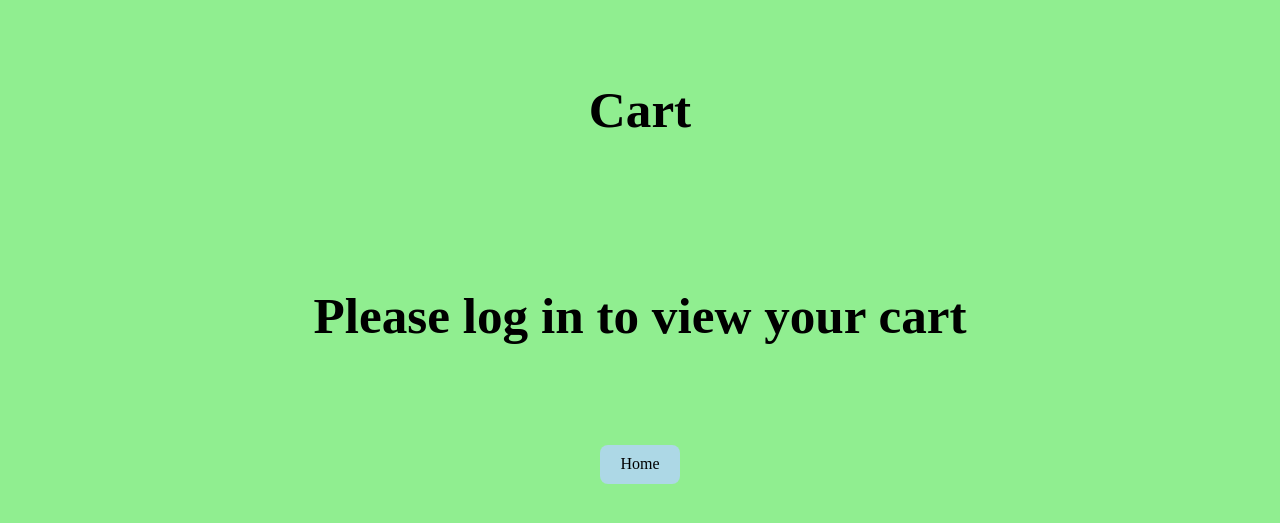
Repository: Andres513/CapStone
Page: /cart
An editor plug-in stored every save of this project. The page is shown before and after the next save, followed by the edit.
The browser window is 1280 px wide. The pictures show the whole page.
The project was rebuilt for these pictures with package versions that can differ from the ones it lists, and the page was loaded fresh each time. Also part of the build but not shown: vite.config.js, src/components/Login.jsx, src/components/Categories.jsx, src/components/FetchProducts.jsx, src/components/SingleProduct.jsx, src/components/ProductsByCategory.jsx, src/components/LoggedOut.jsx, src/components/Checkout.jsx.

Above is the page before, as saved 2024-04-11 11:07:42.

After the next save:
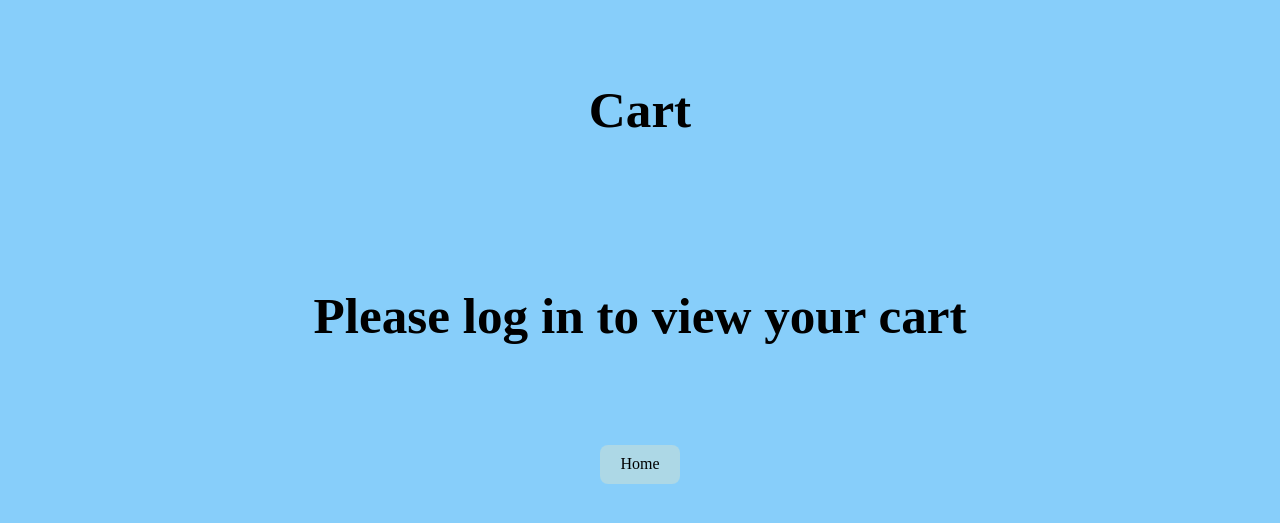
Saved 19 s later.
--- a/src/index.css
+++ b/src/index.css
@@ -3,7 +3,7 @@
   margin: 0;
   padding: 0;
   box-sizing: border-box;
-  background-color: lightgreen;
+  background-color: lightskyblue;
 }
 h1 {
   font-size: 3.2em;
